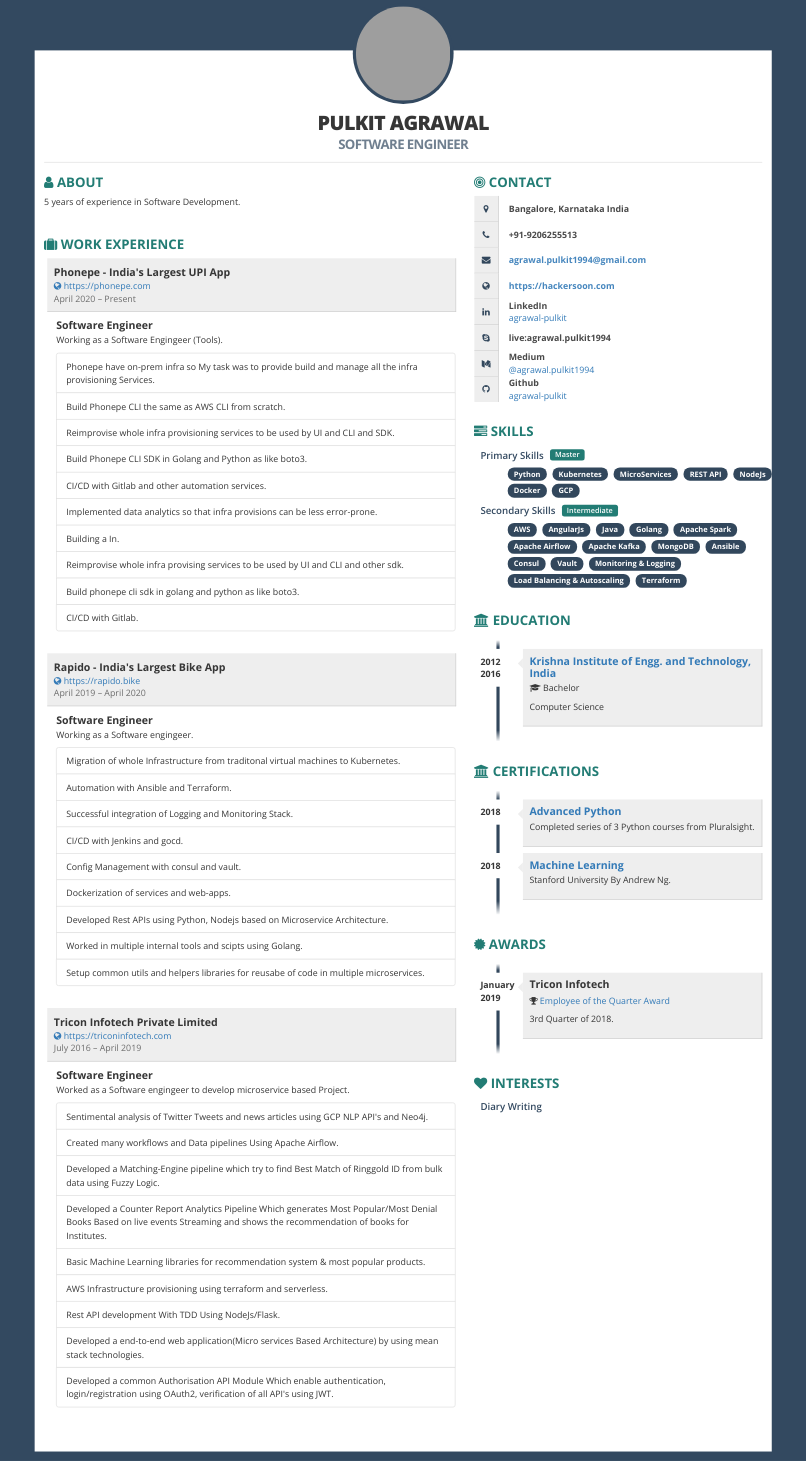
Repository: agrawal-pulkit/pulkit_resume
Page: public/pulkit.html
An editor plug-in stored every save of this project. The page is shown before and after the next save, followed by the edit.
The browser window is 1280 px wide. The pictures show the whole page, at 63% of full size.
Pictures or frames that could not be fetched are drawn as grey boxes.

Above is the page before, as saved 2021-09-30 19:19:16.

After the next save:
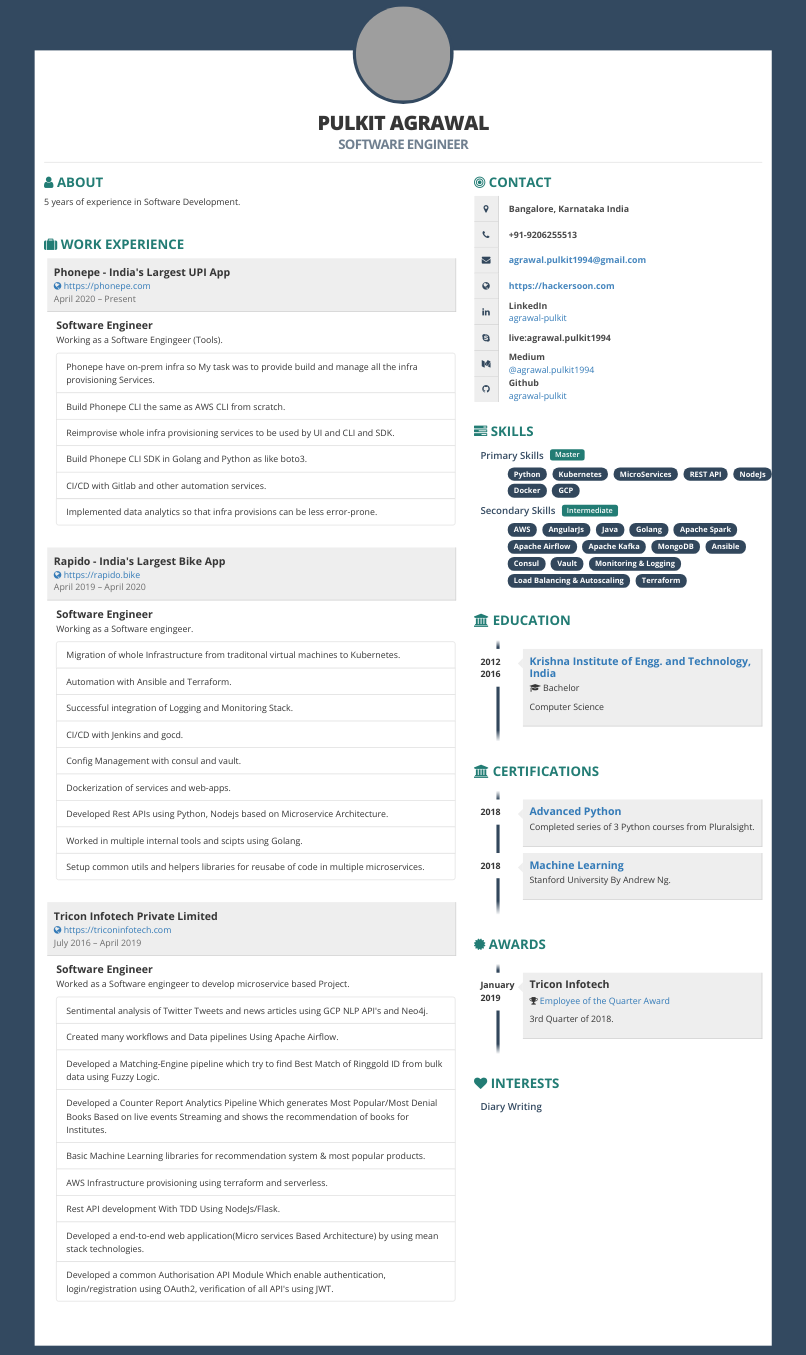
Saved 5 s later.
--- a/public/pulkit.html
+++ b/public/pulkit.html
@@ -430,12 +430,6 @@ blockquote,
                         <li class="list-group-item">Build Phonepe CLI SDK in Golang and Python as like boto3.</li>
                         <li class="list-group-item">CI/CD with Gitlab and other automation services.</li>
                         <li class="list-group-item">Implemented data analytics so that infra provisions can be less error-prone.</li>
-
-
-                        <li class="list-group-item">Building a In.</li>
-                        <li class="list-group-item">Reimprovise whole infra provising services to be used by UI and CLI and other sdk.</li>
-                        <li class="list-group-item">Build phonepe cli sdk in golang and python as like boto3.</li>
-                        <li class="list-group-item">CI/CD with Gitlab.</li>
                       </ul>
                     </div>
                   </div>
